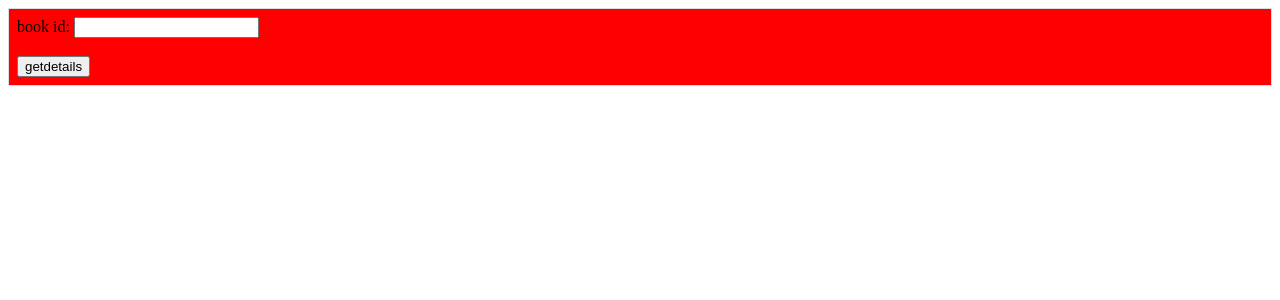
Repository: Saikumar6901/DBSTrainingModules
Page: http://localhost/Bookmanagement/updatefile.jsp
An editor plug-in stored every save of this project. The page is shown before and after the next save, followed by the edit.
The browser window is 1280 px wide. The pictures show the whole page.
The page is served by Tomcat 9.

Above is the page before, as saved 2019-08-12 15:13:37.

After the next save:
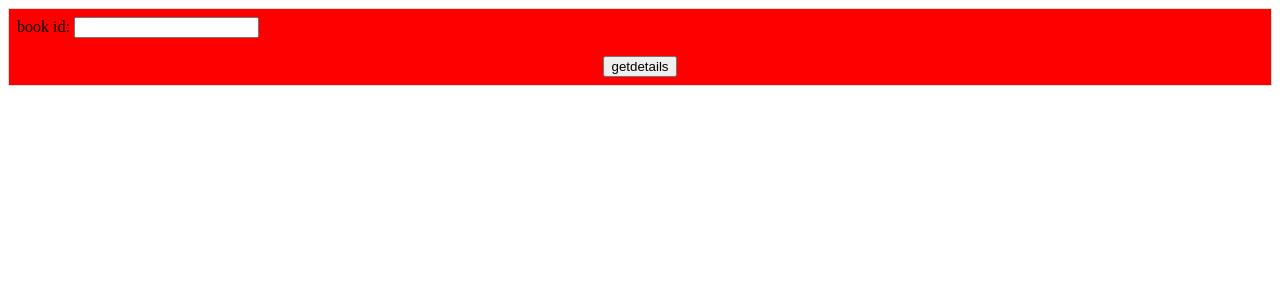
Saved 18 s later.
--- a/eclipse/Bookmanagement/WebContent/updatefile.jsp
+++ b/eclipse/Bookmanagement/WebContent/updatefile.jsp
@@ -12,7 +12,11 @@
   padding: 8px;
   background-color:#ff0000;
 }
+.subbutton{
 
+  margin:auto;
+  display:block;
+}
 </style>
 </head>
 <body>
